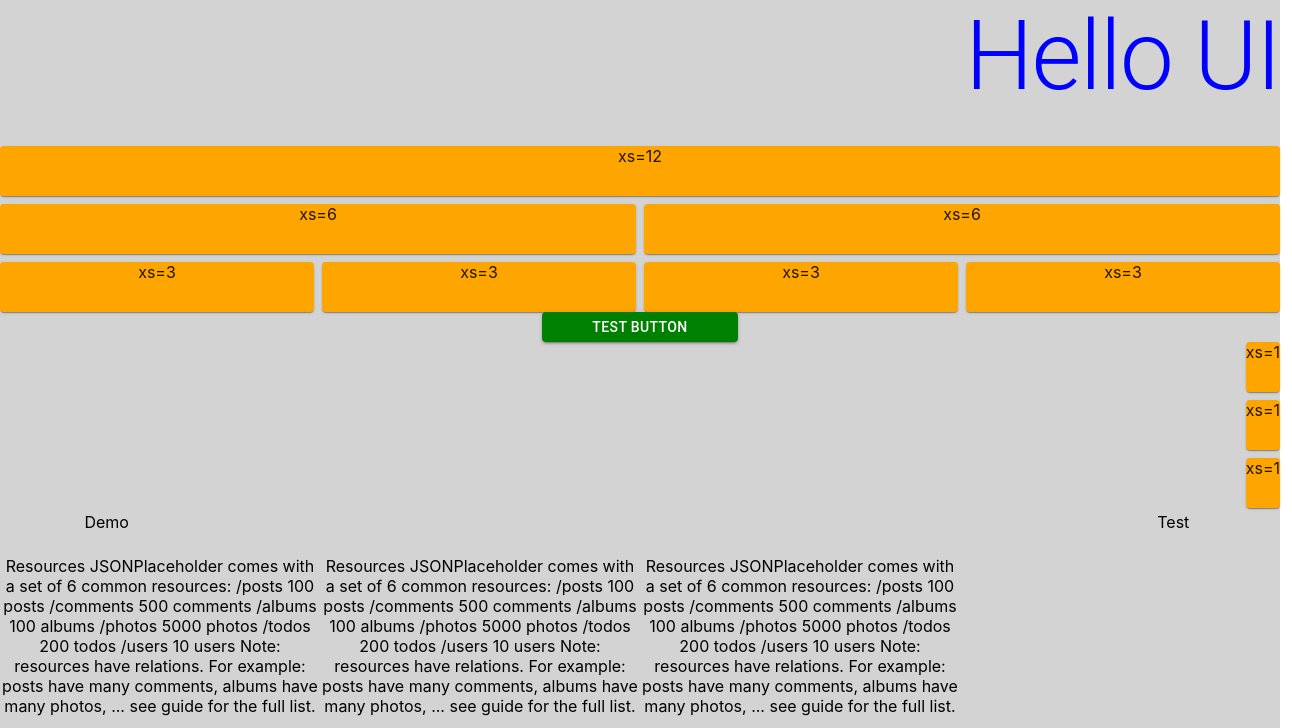
Repository: ShunsukeTanizaki/COVID19-Live
Page: /
The author's editor kept a copy of each file at every save. The page is drawn from the files as they stood at one save, then again after the next save.
The browser window is 1280 px wide. The page is 1292 px wide, so the pictures cover 1292 px, including what lies to the right of the window. The pictures show the whole page.
The project was rebuilt for these pictures with package versions that can differ from the ones it lists, and the page was loaded fresh each time.

Above is the page before, as saved 2020-11-07 23:56:20.

### src/App.tsx
import React from "react";
// import logo from "./logo.svg";
import "./App.css";
import LinePlot from "./components/LinePlot";
import PiePlot from "./components/PiePlot";
import BarPlot from "./components/BarPlot";
import RaderPlot from "./components/RaderPlot";
import BubblePlot from "./components/BubblePlot";
import MaterialUI from "./components/MaterialUI ";

function App() {
    return (
        <div className="App">
            {/* <LinePlot />
            <PiePlot />
            <BarPlot />
            <RaderPlot />
            <BubblePlot /> */}

            <MaterialUI />
        </div>
    );
}

export default App;

### src/App.css
.App {
    background-color: lightgray;
    text-align: center;
}

.App-logo {
    height: 40vmin;
    pointer-events: none;
}

@media (prefers-reduced-motion: no-preference) {
    .App-logo {
        animation: App-logo-spin infinite 20s linear;
    }
}

.App-header {
    background-color: #282c34;
    min-height: 100vh;
    display: flex;
    flex-direction: column;
    align-items: center;
    justify-content: center;
    font-size: calc(10px + 2vmin);
    color: white;
}

.App-link {
    color: #61dafb;
}

@keyframes App-logo-spin {
    from {
        transform: rotate(0deg);
    }
    to {
        transform: rotate(360deg);
    }
}

### src/components/MaterialUI .tsx
import React from "react";
import { Button, makeStyles, Typography, Grid, Paper } from "@material-ui/core";

const useStyles = makeStyles({
    btnStyle: {
        background: "green",
        padding: "3px 50px"
    },
    typoStyle: {
        color: "blue"
    },
    paperStyle: {
        background: "orange",
        height: "50px"
    }
});

const MaterialUI: React.FC = () => {
    const classes = useStyles();
    return (
        <div>
            <Typography
                className={classes.typoStyle}
                color="secondary"
                variant="h1"
                align="right"
                gutterBottom
            >
                Hello UI
            </Typography>

            <Grid container spacing={1}>
                <Grid item xs={12}>
                    <Paper className={classes.paperStyle}>xs=12</Paper>
                </Grid>
                <Grid item xs={12} md={6}>
                    <Paper className={classes.paperStyle}>xs=6</Paper>
                </Grid>
                <Grid item xs={12} md={6}>
                    <Paper className={classes.paperStyle}>xs=6</Paper>
                </Grid>
                <Grid item xs={6} md={3}>
                    <Paper className={classes.paperStyle}>xs=3</Paper>
                </Grid>
                <Grid item xs={6} md={3}>
                    <Paper className={classes.paperStyle}>xs=3</Paper>
                </Grid>
                <Grid item xs={6} md={3}>
                    <Paper className={classes.paperStyle}>xs=3</Paper>
                </Grid>
                <Grid item xs={6} md={3}>
                    <Paper className={classes.paperStyle}>xs=3</Paper>
                </Grid>
            </Grid>

            <Button
                className={classes.btnStyle}
                variant="contained"
                color="primary"
            >
                test Button
            </Button>

            <Grid
                container
                direction="column"
                justify="flex-start"
                alignItems="flex-end"
                spacing={1}
            >
                <Grid item xs={1}>
                    <Paper className={classes.paperStyle}>xs=1</Paper>
                </Grid>
                <Grid item xs={1}>
                    <Paper className={classes.paperStyle}>xs=1</Paper>
                </Grid>
                <Grid item xs={1}>
                    <Paper className={classes.paperStyle}>xs=1</Paper>
                </Grid>
            </Grid>

            <Grid container spacing={3} direction="column">
                <Grid item xs={12} container>
                    <Grid item xs={2}>
                        Demo
                    </Grid>
                    <Grid item xs={8} />
                    <Grid item xs={2}>
                        Test
                    </Grid>
                </Grid>
                <Grid item xs={12} container>
                    <Grid item xs={3} justify="space-around">
                        Resources JSONPlaceholder comes with a set of 6 common
                        resources: /posts 100 posts /comments 500 comments
                        /albums 100 albums /photos 5000 photos /todos 200 todos
                        /users 10 users Note: resources have relations. For
                        example: posts have many comments, albums have many
                        photos, ... see guide for the full list.
                    </Grid>
                    <Grid item xs={3} justify="space-around">
                        Resources JSONPlaceholder comes with a set of 6 common
                        resources: /posts 100 posts /comments 500 comments
                        /albums 100 albums /photos 5000 photos /todos 200 todos
                        /users 10 users Note: resources have relations. For
                        example: posts have many comments, albums have many
                        photos, ... see guide for the full list.
                    </Grid>
                    <Grid item xs={3} justify="space-around">
                        Resources JSONPlaceholder comes with a set of 6 common
                        resources: /posts 100 posts /comments 500 comments
                        /albums 100 albums /photos 5000 photos /todos 200 todos
                        /users 10 users Note: resources have relations. For
                        example: posts have many comments, albums have many
                        photos, ... see guide for the full list.
                    </Grid>
                </Grid>
            </Grid>
        </div>
    );
};

export default MaterialUI;

Loaded but not shown: public/index.html (common file); src/index.tsx (common file); src/index.css (common file); src/reportWebVitals.ts (common file)

After the next save:
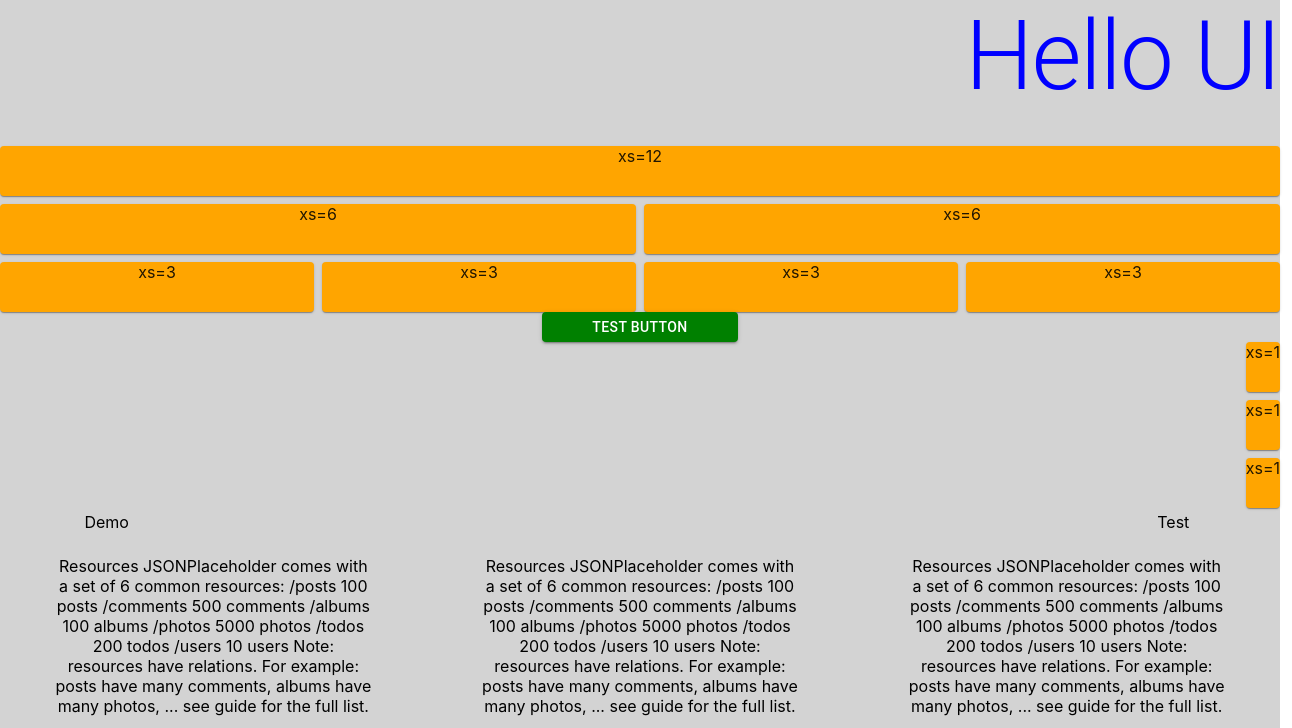
Saved 30 s later.
--- a/src/components/MaterialUI .tsx
+++ b/src/components/MaterialUI .tsx
@@ -89,8 +89,8 @@ const MaterialUI: React.FC = () => {
                         Test
                     </Grid>
                 </Grid>
-                <Grid item xs={12} container>
-                    <Grid item xs={3} justify="space-around">
+                <Grid item xs={12} container justify="space-around">
+                    <Grid item xs={3}>
                         Resources JSONPlaceholder comes with a set of 6 common
                         resources: /posts 100 posts /comments 500 comments
                         /albums 100 albums /photos 5000 photos /todos 200 todos
@@ -98,7 +98,7 @@ const MaterialUI: React.FC = () => {
                         example: posts have many comments, albums have many
                         photos, ... see guide for the full list.
                     </Grid>
-                    <Grid item xs={3} justify="space-around">
+                    <Grid item xs={3}>
                         Resources JSONPlaceholder comes with a set of 6 common
                         resources: /posts 100 posts /comments 500 comments
                         /albums 100 albums /photos 5000 photos /todos 200 todos
@@ -106,7 +106,7 @@ const MaterialUI: React.FC = () => {
                         example: posts have many comments, albums have many
                         photos, ... see guide for the full list.
                     </Grid>
-                    <Grid item xs={3} justify="space-around">
+                    <Grid item xs={3}>
                         Resources JSONPlaceholder comes with a set of 6 common
                         resources: /posts 100 posts /comments 500 comments
                         /albums 100 albums /photos 5000 photos /todos 200 todos
